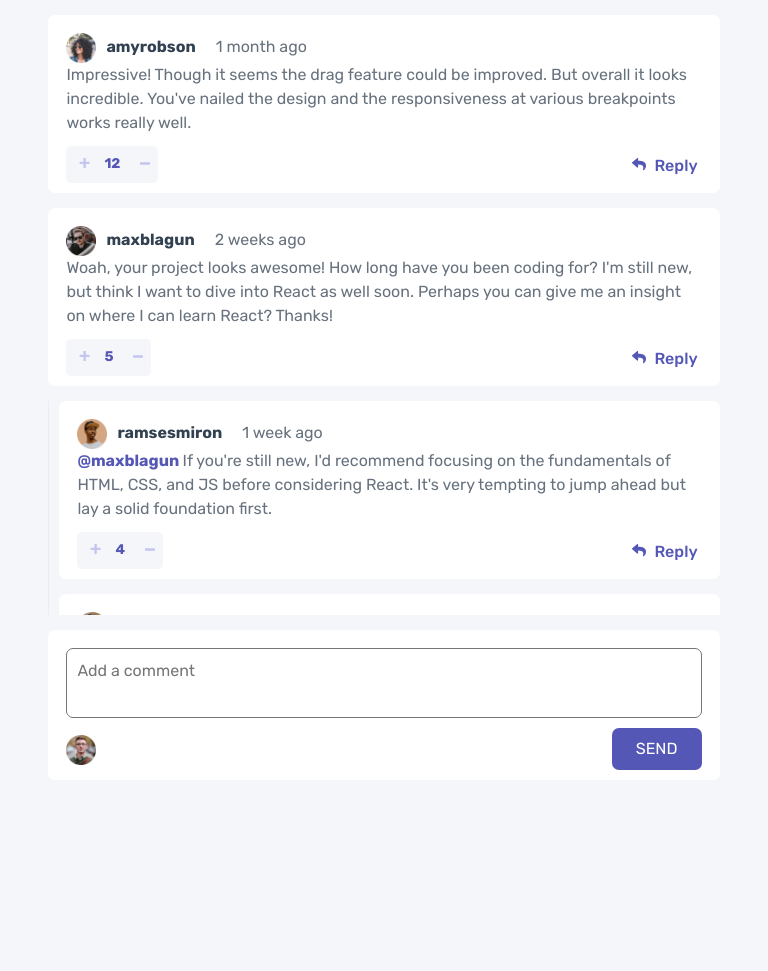
Repository: debaaah/interactive-comments-section-
Page: /
These files come from the project's save history. The page is drawn as it stood at one moment and after the next save; the edit follows.
The browser window is 768 px wide. The pictures show the whole page.
The project was rebuilt for these pictures with package versions that can differ from the ones it lists, and the page was loaded fresh each time.

Above is the page before, as saved 2022-04-29 13:23:51.

After the next save:
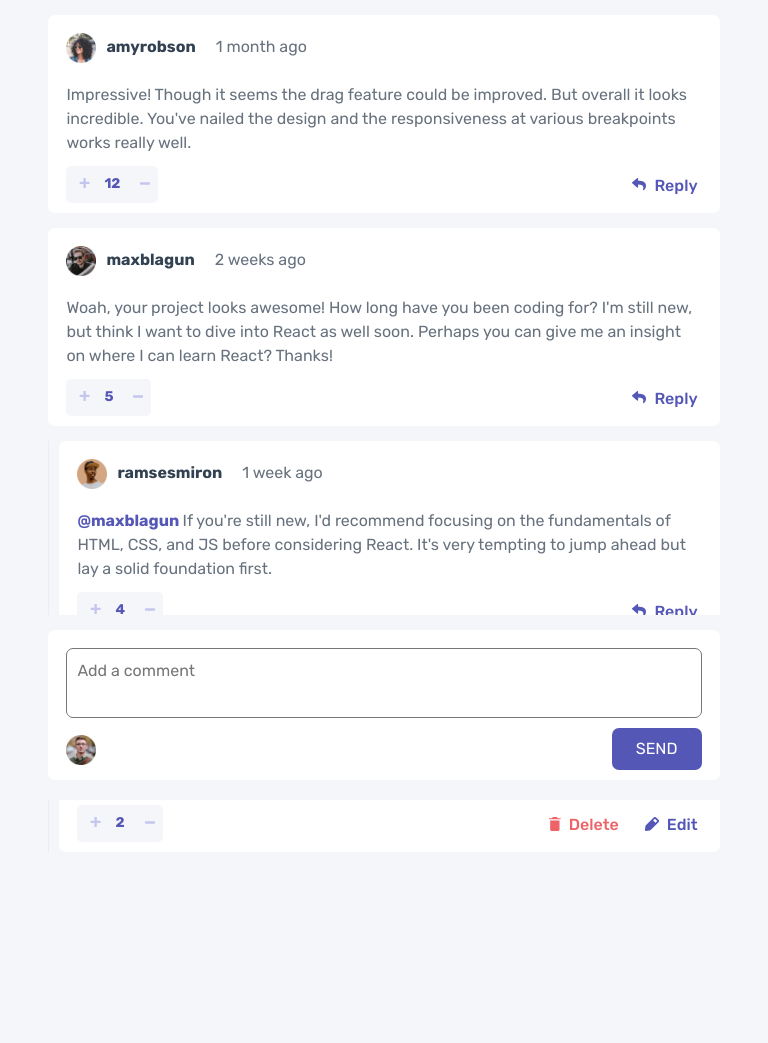
Saved 2 min 17 s later.
--- a/src/components/sass/style.scss
+++ b/src/components/sass/style.scss
@@ -294,6 +294,11 @@ textarea {
   }
   .comment-box {
     position: relative;
+    .content-box{
+      .details{
+        margin-bottom: 20px;
+      }
+    }
   }
   .score-box-box {
     position: absolute;
